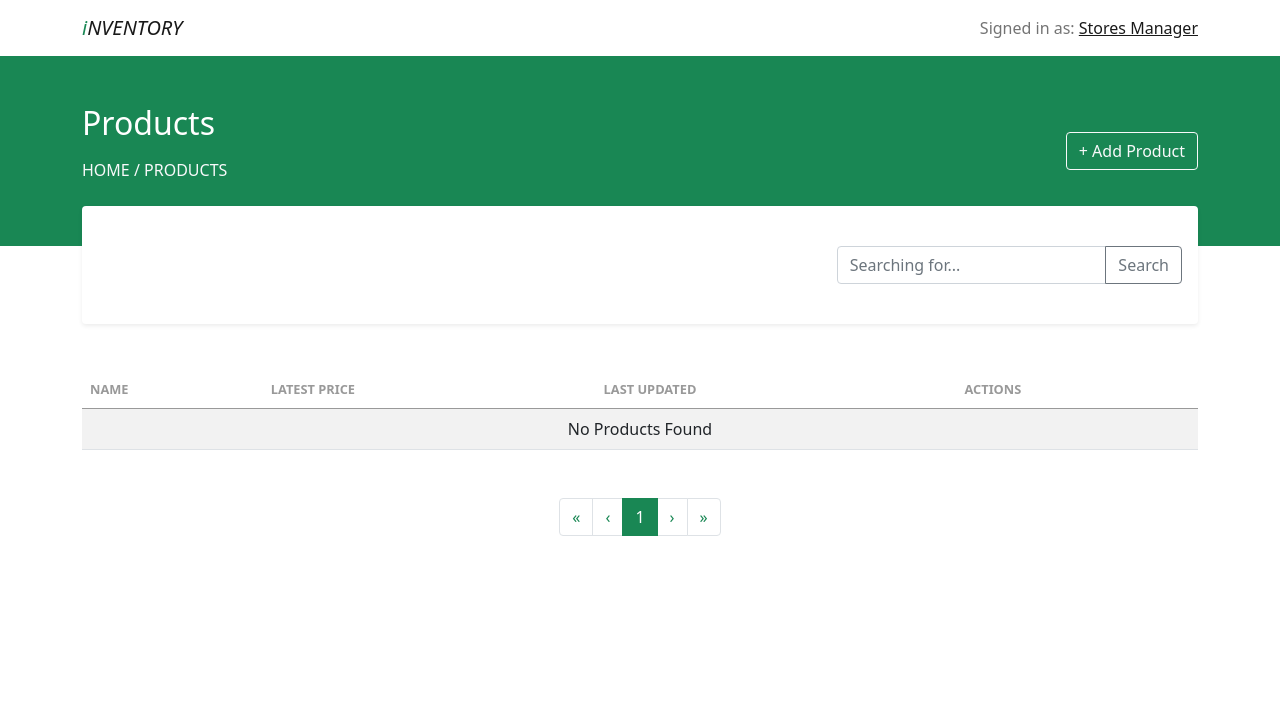
Repository: tHEO2k17/inventory-manager
Page: /
An editor plug-in stored every save of this project. The page is shown before and after the next save, followed by the edit.
The browser window is 1280 px wide. The pictures show the whole page.
The project was rebuilt for these pictures with package versions that can differ from the ones it lists, and the page was loaded fresh each time. Also part of the build but not shown: src/presentation/components/ProductForm.tsx.

Above is the page before, as saved 2021-09-01 13:44:34.

After the next save:
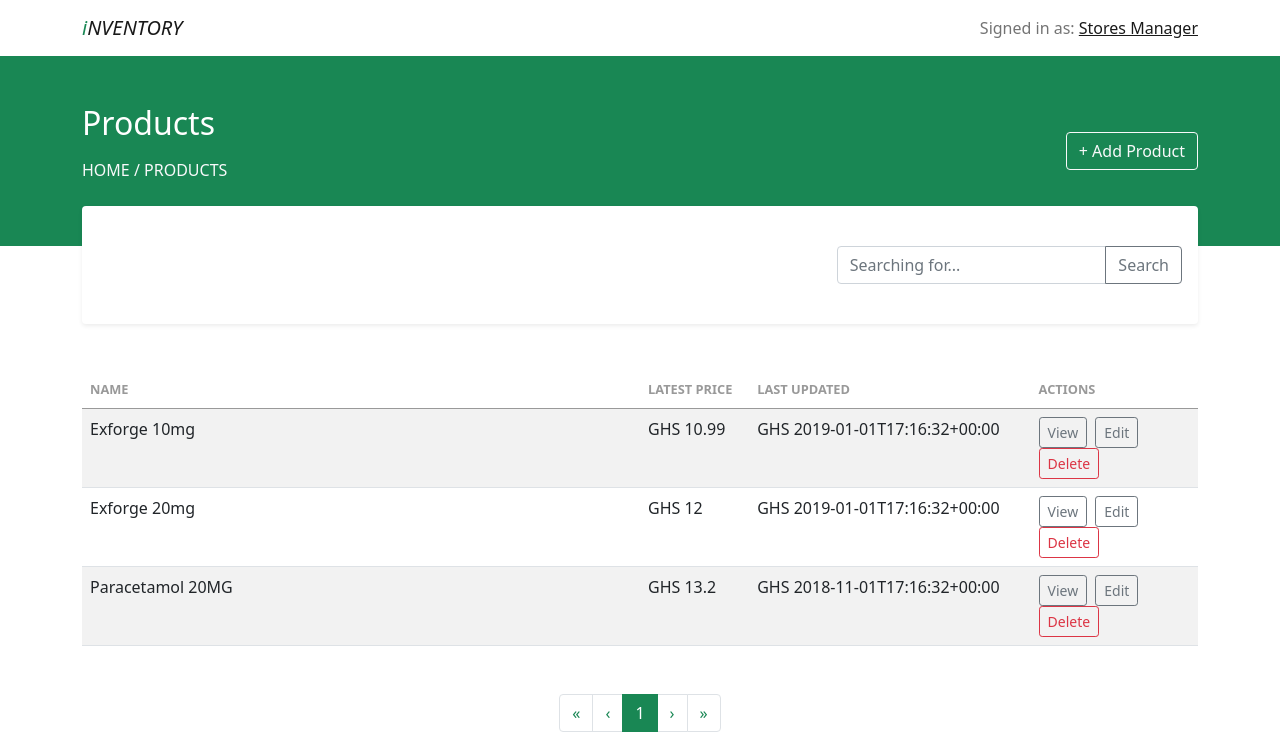
Saved 18 h 35 min later.
--- a/src/domain/repository/product.repository.ts
+++ b/src/domain/repository/product.repository.ts
@@ -1,11 +1,12 @@
+import { typedMock } from "../../core/mock";
 import { IProduct } from "../dto/IProduct";
 import { IResponse } from "../dto/IResponse";
 
 export default class ProductRepository {
 
     public static fetchProducts(): IResponse {
-        let products = localStorage.getItem('PRODUCTS') || '{}';
-        return JSON.parse(products);
+        // let products = localStorage.getItem('PRODUCTS') || '{}';
+        return typedMock; //JSON.parse(products);
     }
 
     public static addProduct(product: IProduct) {

After the save that followed:
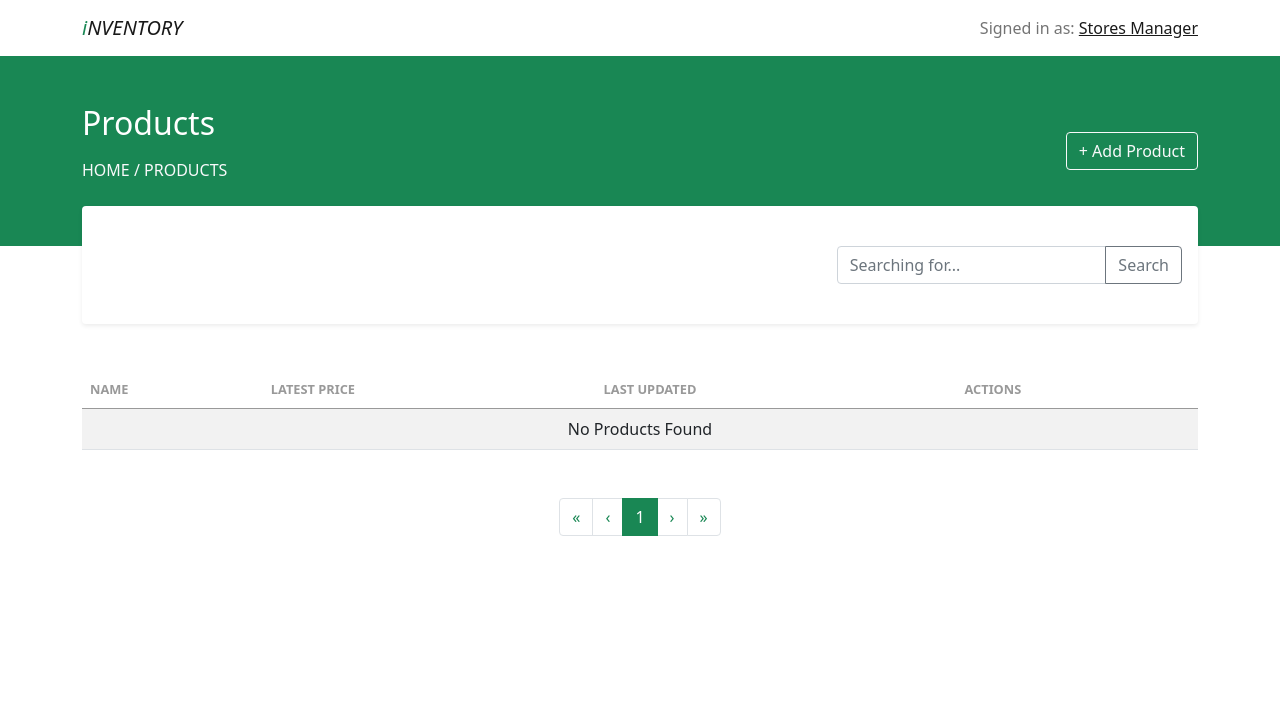
Saved 19 s later.
--- a/src/domain/repository/product.repository.ts
+++ b/src/domain/repository/product.repository.ts
@@ -1,12 +1,11 @@
-import { typedMock } from "../../core/mock";
 import { IProduct } from "../dto/IProduct";
 import { IResponse } from "../dto/IResponse";
 
 export default class ProductRepository {
 
     public static fetchProducts(): IResponse {
-        // let products = localStorage.getItem('PRODUCTS') || '{}';
-        return typedMock; //JSON.parse(products);
+        let products = localStorage.getItem('PRODUCTS') || '{}';
+        return JSON.parse(products);
     }
 
     public static addProduct(product: IProduct) {
